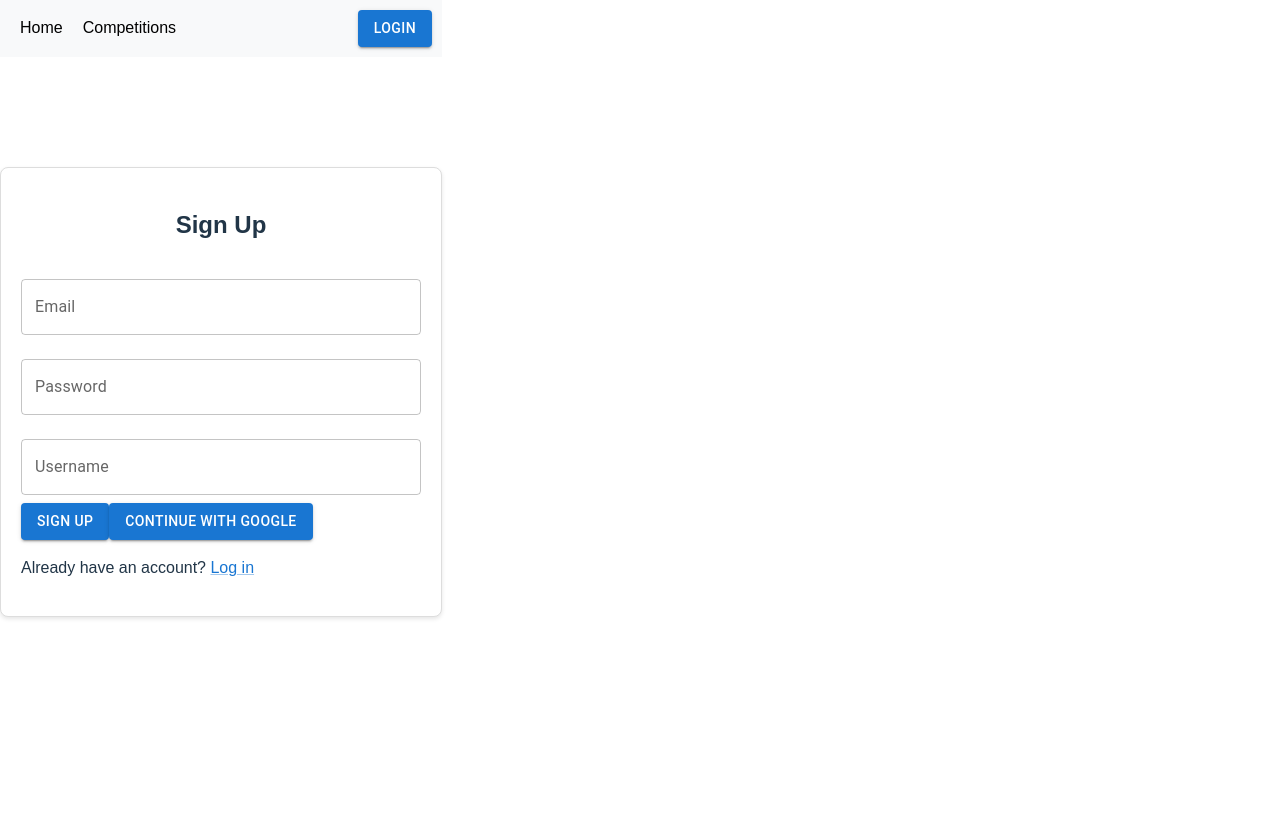
Repository: BWei22/wecube
Page: /signup
These files come from the project's save history. The page is drawn as it stood at one moment and after the next save; the edit follows.
The browser window is 1280 px wide. The pictures show the whole page.
The project was rebuilt for these pictures with package versions that can differ from the ones it lists, and the page was loaded fresh each time. Also part of the build but not shown: vite.config.js, src/pages/Home.css, src/pages/Home.jsx, src/pages/Competitions.css, src/pages/Competitions.jsx, src/pages/Listings.jsx, src/pages/CreateListing.jsx, src/pages/ListingDetails.css and 12 more.

Above is the page before, as saved 2024-08-07 12:39:54.

After the next save:
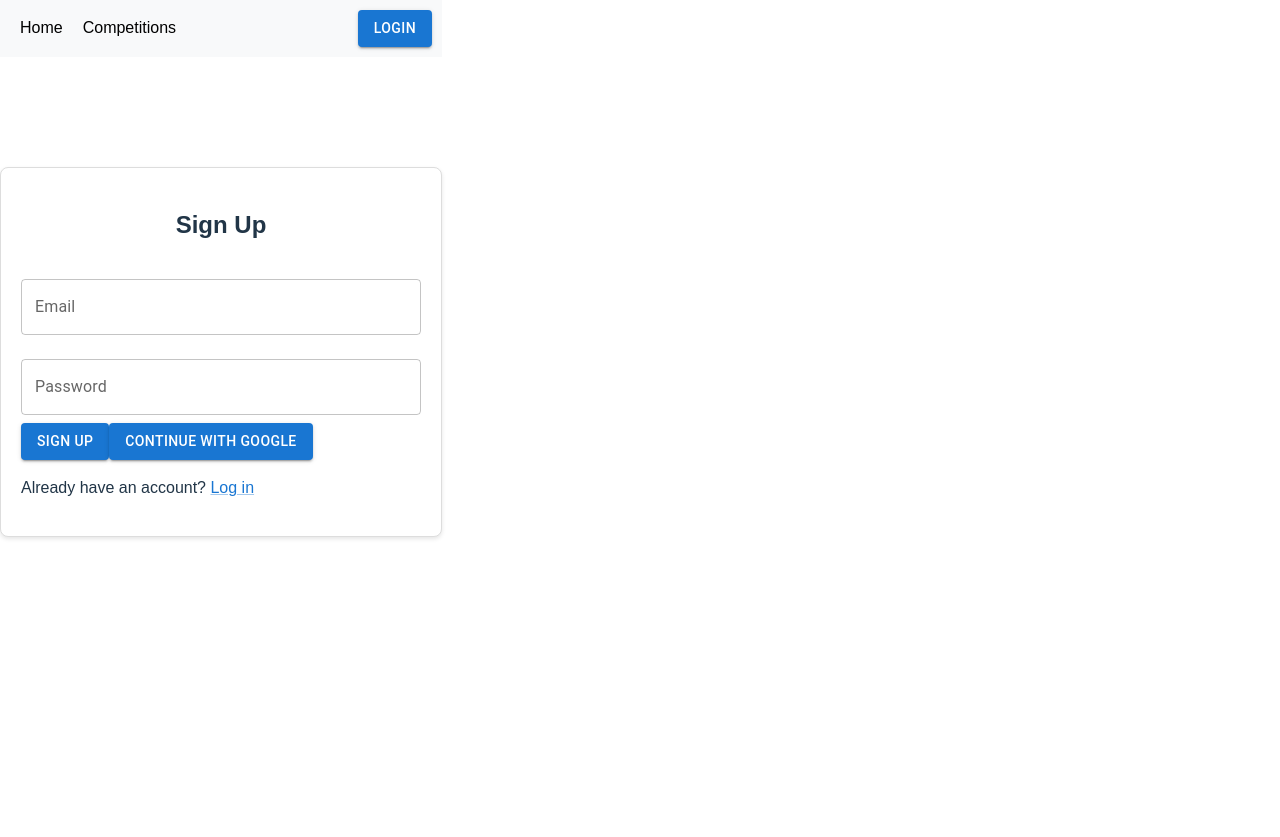
Saved 9 s later.
--- a/src/pages/SignUp.jsx
+++ b/src/pages/SignUp.jsx
@@ -1,3 +1,4 @@
+// src/pages/SignUp.jsx
 import React, { useState } from 'react';
 import { useNavigate } from 'react-router-dom';
 import { useAuth } from '../hooks/useAuth';
@@ -9,7 +10,6 @@ const SignUp = () => {
   const navigate = useNavigate();
   const [email, setEmail] = useState('');
   const [password, setPassword] = useState('');
-  const [username, setUsername] = useState('');
   const [error, setError] = useState('');
 
   const handleGoogleSignUp = async () => {
@@ -23,7 +23,8 @@ const SignUp = () => {
 
   const handleEmailSignUp = async () => {
     try {
-      await auth.signupWithEmailAndPassword(email, password, username);
+      await auth.signupWithEmailAndPassword(email, password);
+      navigate('/complete-profile');
     } catch (error) {
       console.error('Sign-up failed:', error);
       setError(error.message);
@@ -50,14 +51,6 @@ const SignUp = () => {
         value={password}
         onChange={(e) => setPassword(e.target.value)}
       />
-      <TextField
-        label="Username"
-        variant="outlined"
-        fullWidth
-        margin="normal"
-        value={username}
-        onChange={(e) => setUsername(e.target.value)}
-      />
       {error && <p className="error">{error}</p>}
       <Button onClick={handleEmailSignUp} variant="contained" color="primary">
         Sign Up
